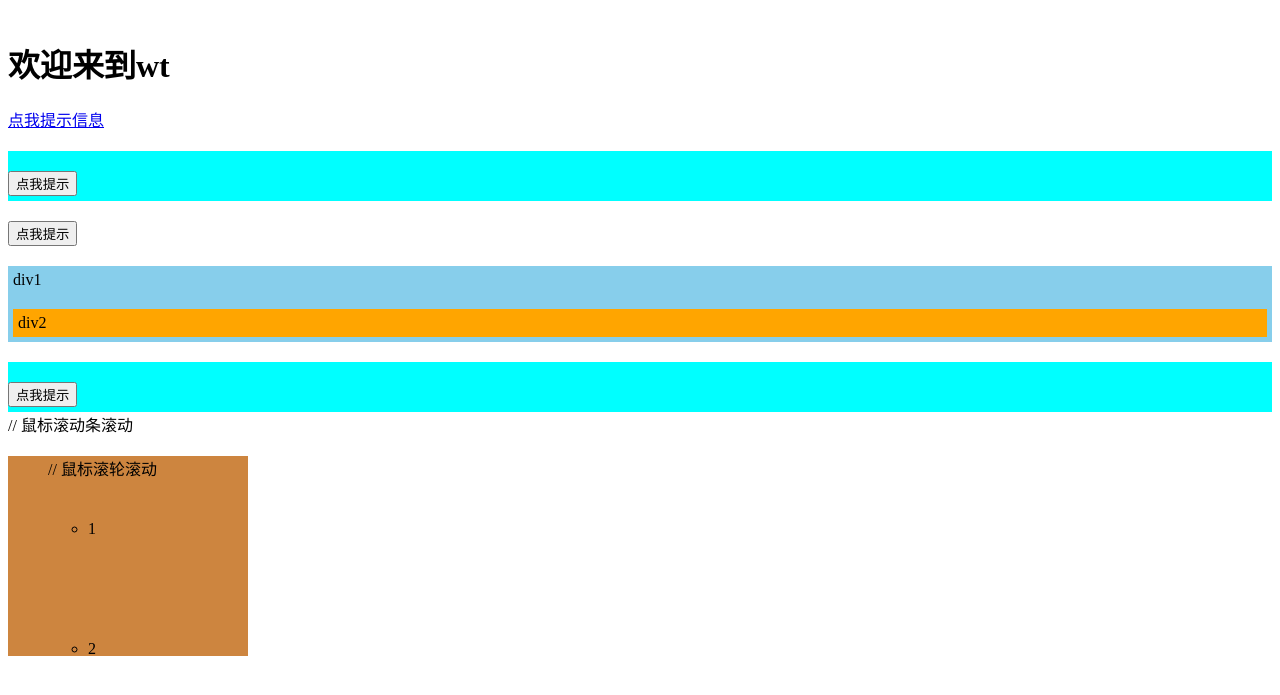
Repository: reggiepy/vueLeaning
Page: 07 事件处理/2 事件修饰符.html
These files come from the project's save history. The page is drawn as it stood at one moment and after the next save; the edit follows.
The browser window is 1280 px wide. The pictures show the whole page.

Above is the page before, as saved 2021-12-05 18:49:33.

### 07 事件处理/2 事件修饰符.html
<!DOCTYPE html>
<html lang="en">
  <head>
    <meta charset="UTF-8" />
    <meta http-equiv="X-UA-Compatible" content="IE=edge" />
    <meta name="viewport" content="width=device-width, initial-scale=1.0" />
    <title>事件修饰符</title>
    <script type="text/javascript" src="../js/vue.js"></script>
    <style>
      * {
        margin-top: 20px;
      }
      .demon1 {
        height: 50px;
        background-color: aqua;
      }
      .box1 {
        padding: 5px;
        background-color: skyblue;
      }
      .box2 {
        padding: 5px;
        background-color: orange;
      }
      .list {
        width: 200px;
        height: 200px;
        background-color: peru;
        overflow: auto;
    }
    li{
        height: 100px;
    }
    </style>
  </head>
  <body>
    <div id="root">
      <h1>欢迎来到{{name}}</h1>
      <!-- 1. 组织默认事件 -->
      <a href="https://www.baidu.com" @click.prevent="showInfo">点我提示信息</a>

      <!-- 2. 组织事件冒泡 （常用）-->
      <div class="demon1" @click="showInfo">
        <button @click.stop="showInfo">点我提示</button>
      </div>

      <!-- 3. 事件只触发一次 （常用） -->
      <button @click.once="showInfo">点我提示</button>

      <!-- 4. 使用事件的捕获模式 （常用）-->
      <div class="box1" @click.capture="showMsg(1)">
        div1
        <div class="box2" @click="showMsg(2)">div2</div>
      </div>

      <!-- 5. 只用event.target 是当前操作元素时候才触发的事件 -->
      <div class="demon1" @click.self="showInfo">
        <button @click="showInfo">点我提示</button>
      </div>

      <!-- 6. 事件默认立即执行，无需等待事件回调执行完毕 -->
      // 鼠标滚动条滚动
      <ul @scrooll="demo" class="list">
      // 鼠标滚轮滚动
      <ul @wheel="demo" class="list">
        <li>1</li>
        <li>2</li>
        <li>3</li>
        <li>4</li>
      </ul>
    </div>
  </body>
  <script>
    Vue.config.productionTip = false;
    const vm = new Vue({
      el: "#root",
      data: {
        name: "wt",
      },
      methods: {
        showInfo(e) {
          //    e.preventDefault()
          // e.stopPropagation()
          //    alert("同学你好！")
          console.log(e.target);
        },
        showMsg(msg) {
          console.log(msg);
        },
      },
    });
  </script>
</html>

Loaded but not shown: js/vue.js (library)

After the next save:
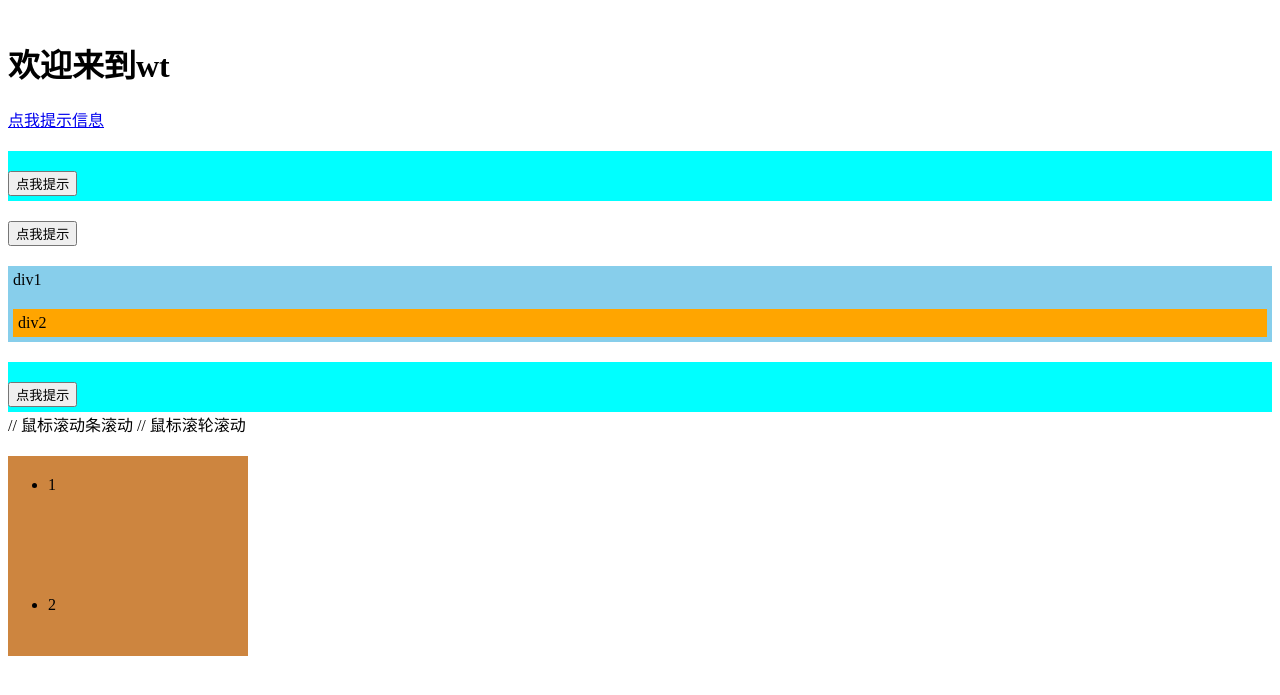
Saved 4 s later.
--- a/07 事件处理/2 事件修饰符.html
+++ b/07 事件处理/2 事件修饰符.html
@@ -60,7 +60,7 @@
 
       <!-- 6. 事件默认立即执行，无需等待事件回调执行完毕 -->
       // 鼠标滚动条滚动
-      <ul @scrooll="demo" class="list">
+      <!-- <ul @scrooll="demo" class="list"> -->
       // 鼠标滚轮滚动
       <ul @wheel="demo" class="list">
         <li>1</li>
